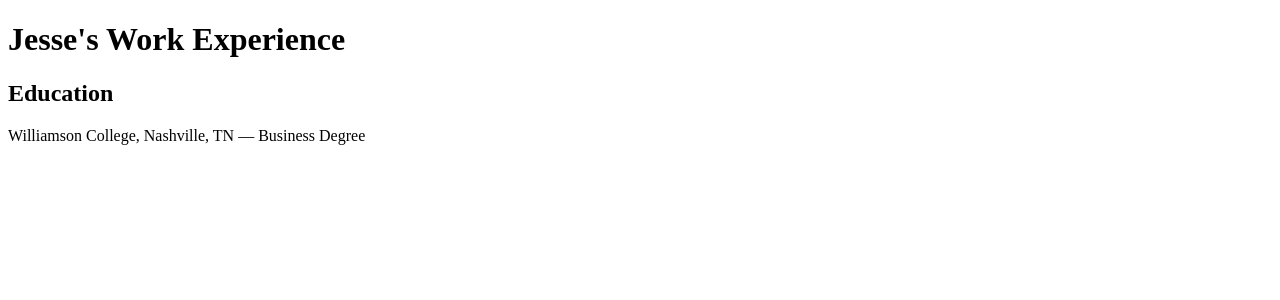
Repository: jgramirez0210/LAB-HTML-Resume
Page: index.html
These files come from the project's save history. The page is drawn as it stood at one moment and after a run of saves; the edit follows.
The browser window is 1280 px wide. The pictures show the whole page.

Above is the page before, as saved 2023-10-09 21:10:46.

### index.html
<!DOCTYPE html>
<html lang="en">
<head>
  <meta charset="UTF-8">
  <meta name="viewport" content="width=device-width, initial-scale=1.0">
  <title>Jesse's Resume</title>
</head>
<body>
  <h1>Jesse's Work Experience </h1>
  <h2>Education</h2>
  <article>
    <h1></h1>Williamson College, Nashville, TN — Business Degree
  </article>
</body>
</html>

After the next 8 saves:
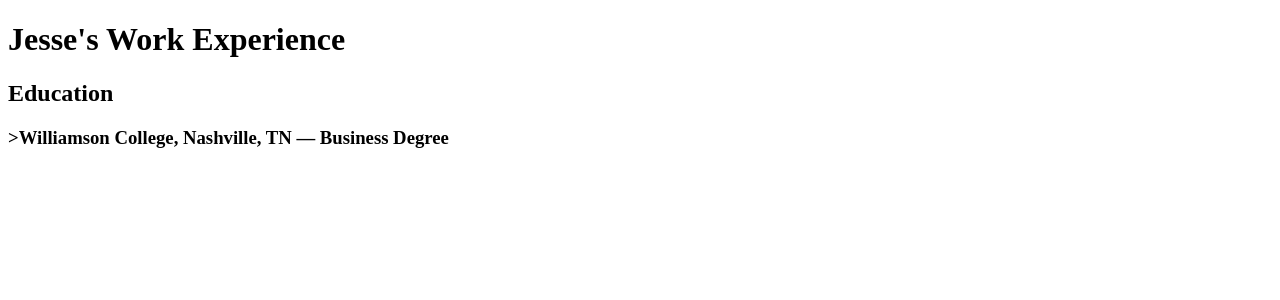
The 8 saves are shown as one change because they came seconds apart.
The last was saved 22 s later.
--- a/index.html
+++ b/index.html
@@ -9,7 +9,8 @@
   <h1>Jesse's Work Experience </h1>
   <h2>Education</h2>
   <article>
-    <h1></h1>Williamson College, Nashville, TN — Business Degree
+    <h3>>Williamson College, Nashville, TN — Business Degree</h3>
+    <p></p>
   </article>
 </body>
 </html>
